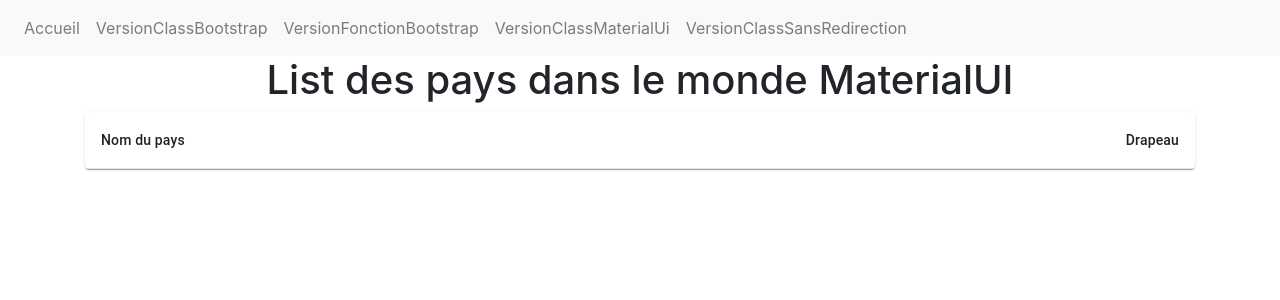
Repository: LudovicB21/CountryTest
Page: /VersionClassMaterialUi
An editor plug-in stored every save of this project. The page is shown before and after a run of saves, followed by the edit.
The browser window is 1280 px wide. The pictures show the whole page.
The page's requests for data from a server got no answer. The project was rebuilt for these pictures with package versions that can differ from the ones it lists, and the page was loaded fresh each time. No one was signed in, and anything a server would have sent is missing. Also part of the build but not shown: src/components/VersionClassBootstrap/ListPays.components.js, src/components/VersionFonctionBoostrap/ListPays.components.js, src/components/VersionSansRedirection/ListPays.component.js, src/components/Accueil.js, src/components/VersionClassBootstrap/InfoPays.components.js, src/components/VersionClassMaterialUi/InfoPays.components.js, src/components/VersionFonctionBoostrap/InfoPays.components.js.

Above is the page before, as saved 2020-10-29 16:13:54.

After the next 3 saves:
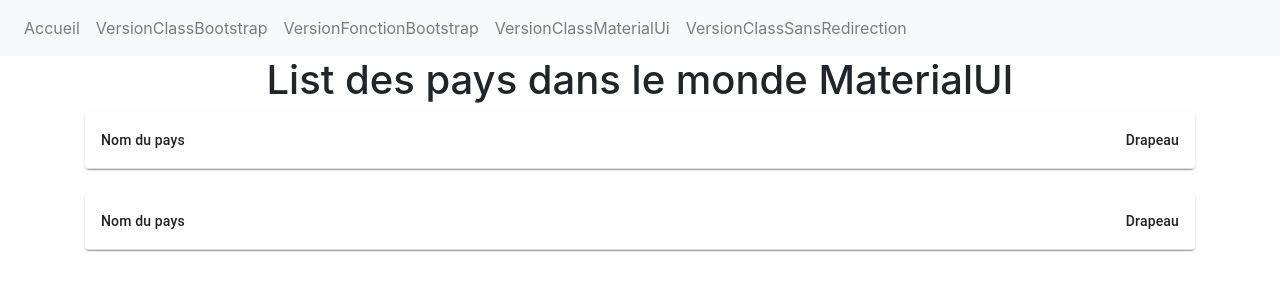
The 3 saves are shown as one change because 2 did not build or start.
The last was saved 6 min 52 s later.
--- a/src/components/VersionClassMaterialUi/ListPays.components.js
+++ b/src/components/VersionClassMaterialUi/ListPays.components.js
@@ -4,11 +4,18 @@
 import { withStyles } from '@material-ui/core/styles';
 
 
-const styles= ({
+const styles = theme => ({
+  root: {
+    width: '100%',
+    marginTop: theme.spacing.unit * 3,
+    overflowX: 'auto',
+  },
   table: {
-    minWidth: 650,
+    minWidth: 700,
   },
 });
+
+
 
 class Pays extends Component{
   state = {
@@ -51,6 +58,26 @@
               </TableBody>
             </Table>
           </TableContainer>
+          <Paper className={this.props.classes.root}>
+            <Table className={this.props.classes.table}>
+              <TableHead>
+                <TableRow>
+                  <TableCell>Nom du pays</TableCell>
+                  <TableCell align="right">Drapeau</TableCell>
+                </TableRow>
+              </TableHead>
+              <TableBody>
+              {this.state.items.map(pays => (
+              <Link to={{pathname: `/VersionClassMaterialUi/${pays.name}`, query: {pays}}}>
+                  <TableRow>
+                    <TableCell component="th">{pays.name}</TableCell>
+                    <TableCell align="right"> <img src={pays.flag} style={{width: "50px", height: "50px"}}/></TableCell>
+                  </TableRow>
+              </Link>
+              ))}
+              </TableBody>
+            </Table>
+          </Paper>
       </div>
     )
   }

After the 2 saves that followed:
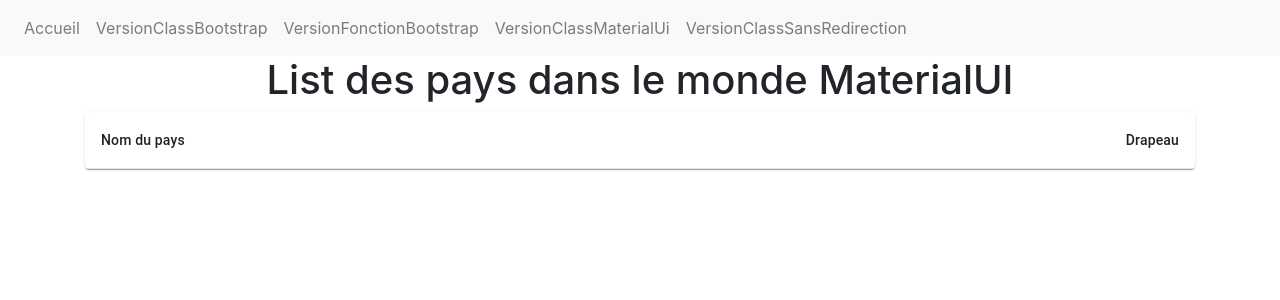
The 2 saves are shown as one change because 1 left the picture as it was.
The last was saved 2 min 9 s later.
--- a/src/components/VersionClassMaterialUi/ListPays.components.js
+++ b/src/components/VersionClassMaterialUi/ListPays.components.js
@@ -4,18 +4,11 @@
 import { withStyles } from '@material-ui/core/styles';
 
 
-const styles = theme => ({
-  root: {
-    width: '100%',
-    marginTop: theme.spacing.unit * 3,
-    overflowX: 'auto',
-  },
+const styles= ({
   table: {
-    minWidth: 700,
+    minWidth: 650,
   },
 });
-
-
 
 class Pays extends Component{
   state = {
@@ -58,26 +51,6 @@
               </TableBody>
             </Table>
           </TableContainer>
-          <Paper className={this.props.classes.root}>
-            <Table className={this.props.classes.table}>
-              <TableHead>
-                <TableRow>
-                  <TableCell>Nom du pays</TableCell>
-                  <TableCell align="right">Drapeau</TableCell>
-                </TableRow>
-              </TableHead>
-              <TableBody>
-              {this.state.items.map(pays => (
-              <Link to={{pathname: `/VersionClassMaterialUi/${pays.name}`, query: {pays}}}>
-                  <TableRow>
-                    <TableCell component="th">{pays.name}</TableCell>
-                    <TableCell align="right"> <img src={pays.flag} style={{width: "50px", height: "50px"}}/></TableCell>
-                  </TableRow>
-              </Link>
-              ))}
-              </TableBody>
-            </Table>
-          </Paper>
       </div>
     )
   }
